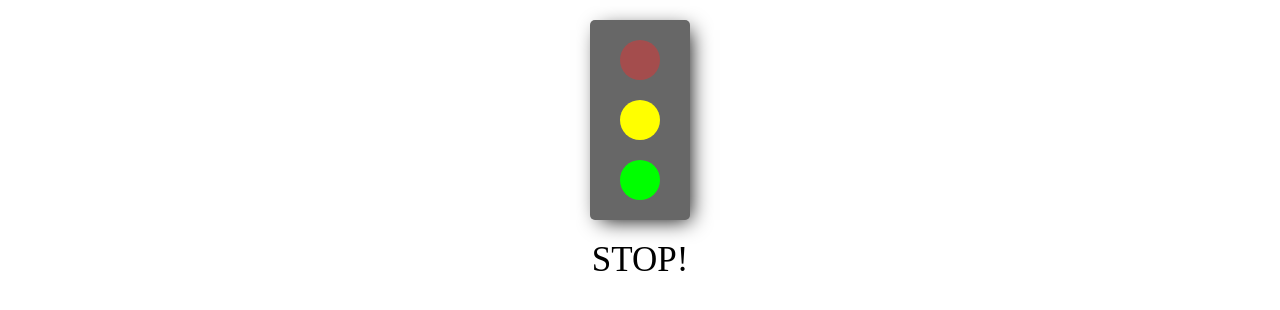
Repository: DoruFurtuna/skillup-semaphore-homework
Page: index.html
An editor plug-in stored every save of this project. The page is shown before and after the next save, followed by the edit.
The browser window is 1280 px wide. The pictures show the whole page.

Above is the page before, as saved 2019-07-16 08:12:07.

### index.html
<!DOCTYPE html>
<html>
  <head>
    <title>Semaphore example</title>
    <link rel="stylesheet" href="./styles.css" />
    <script src="./scripts.js"></script>
  </head>
  <body>
    <ul id="semaphore">
      <li class="red"></li>
      <li class="yellow"></li>
      <li class="green"></li>
    </ul>
    <div id="message">STOP!</div>
  </body>
</html>

### styles.css
#message {
  font-size: 35px;
  text-align: center;
}

#semaphore {
  height: 200px;
  width: 100px;
  background: #676767;
  border-radius: 5px;
  box-shadow: 5px 5px 20px -5px black;
  cursor: pointer;
  list-style: none;
  display: flex;
  flex-direction: column;
  align-items: center;
  padding: 0;
  justify-content: space-evenly;
  margin: 20px auto;
}

#semaphore li {
  height: 40px;
  width: 40px;
  background: white;
  border-radius: 100%;
}

#semaphore li.red {
  background-color: rgba(226, 52, 52, 0.5);
}
#semaphore li.yellow {
  background-color: yellow;
}
#semaphore li.green {
  background-color: lime;
}

#semaphore li.active.red {
  background-color: #e23434;
}
#semaphore li.active.yellow {
  background-color: yellow;
}
#semaphore li.active.green {
  background-color: lime;
}

Loaded but not shown: scripts.js (no stored copy; drawn as an empty file)

After the next save:
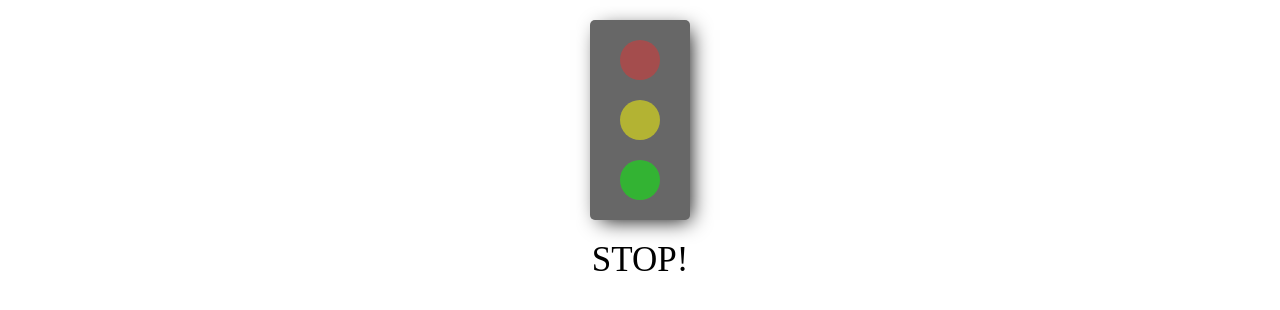
Saved 62 s later.
--- a/styles.css
+++ b/styles.css
@@ -30,10 +30,10 @@
   background-color: rgba(226, 52, 52, 0.5);
 }
 #semaphore li.yellow {
-  background-color: yellow;
+  background-color: rgba(255, 255, 0, 0.5);
 }
 #semaphore li.green {
-  background-color: lime;
+  background-color: rgba(0, 255, 0, 0.5);
 }
 
 #semaphore li.active.red {
